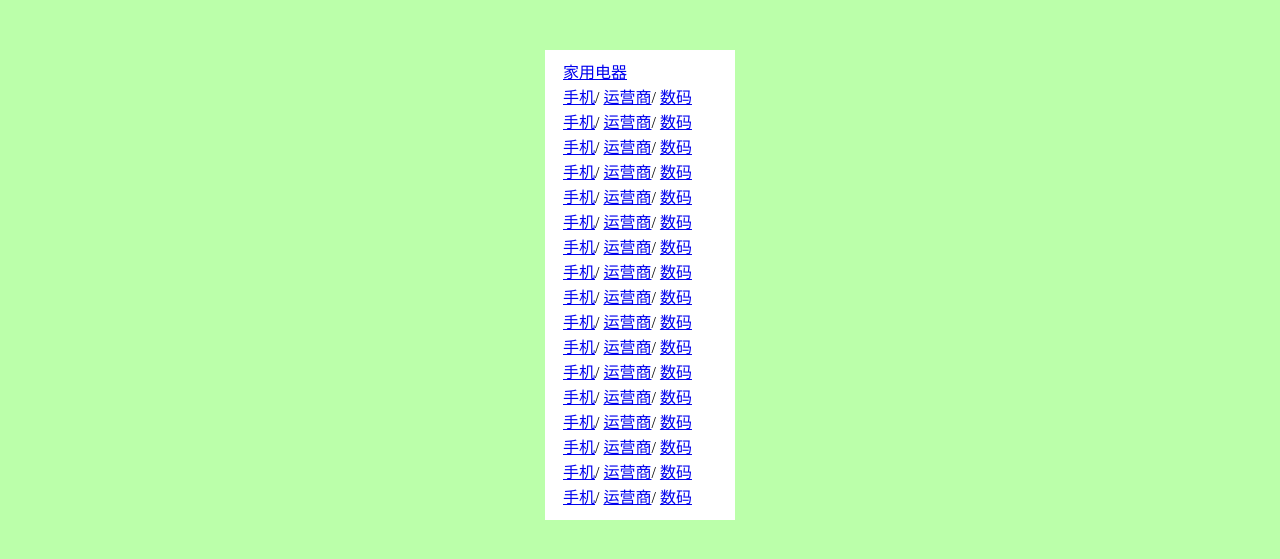
Repository: Romic77/css-test
Page: exercise/02_京东左侧导航条.html
The author's editor kept a copy of each file at every save. The page is drawn from the files as they stood at one save, then again after the next save.
The browser window is 1280 px wide. The pictures show the whole page.

Above is the page before, as saved 2022-09-03 13:59:48.

After the next save:
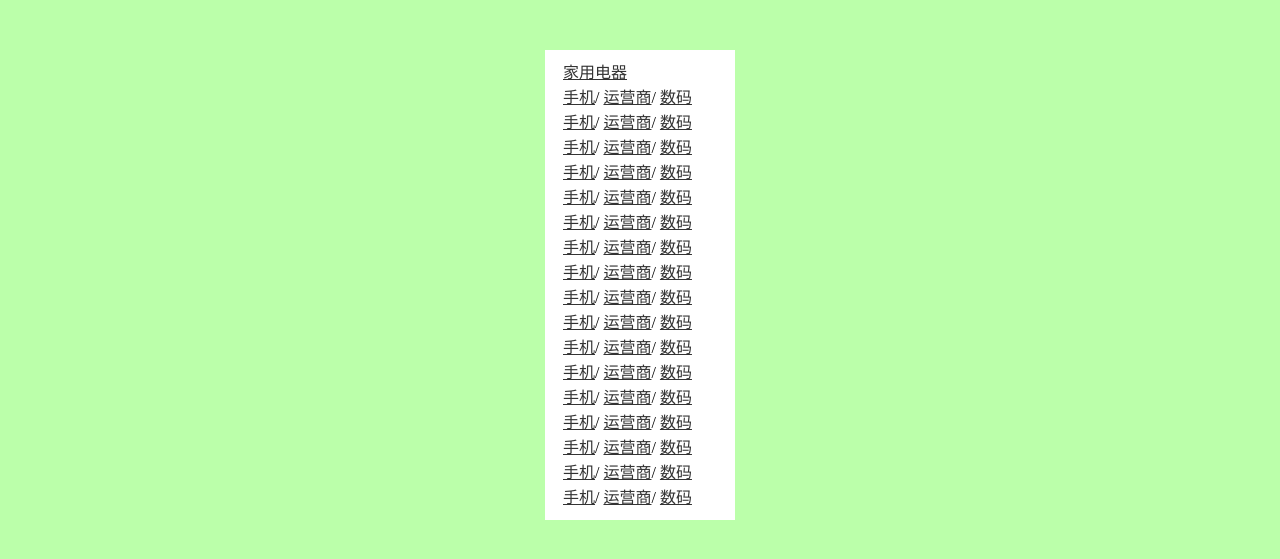
Saved 106 s later.
--- a/exercise/02_京东左侧导航条.html
+++ b/exercise/02_京东左侧导航条.html
@@ -30,6 +30,10 @@
 
         .left-nav .item:hover {
             background-color: #d9d9d9;
+        }
+
+        .item a {
+            color: #333;
         }
     </style>
 </head>
